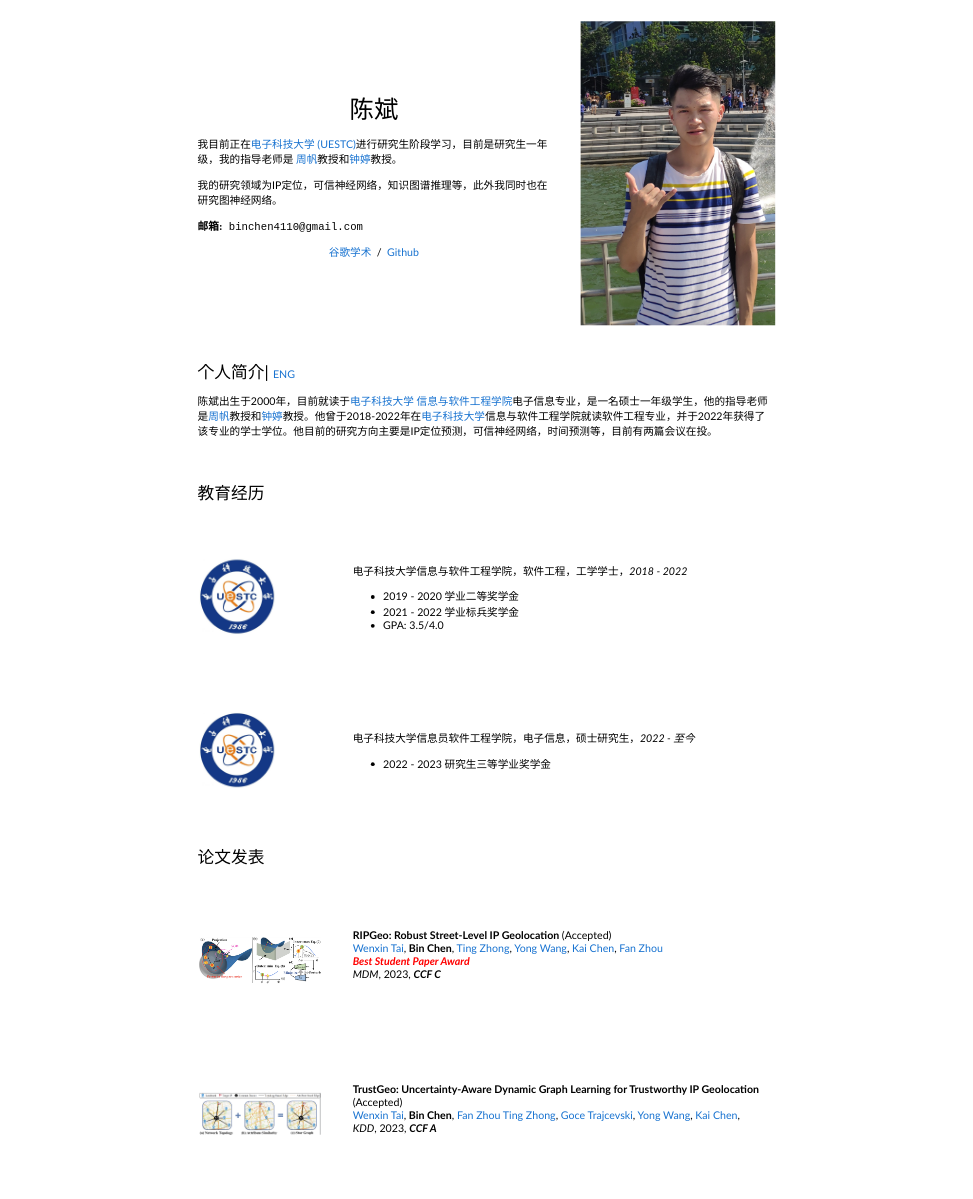
Repository: b1nchen/b1nchen.github.io
Page: index_CHN.html
An editor plug-in stored every save of this project. The page is shown before and after the next save, followed by the edit.
The browser window is 1280 px wide. The pictures show the part of the page from y = 0 to 1578 px (the page is 1950 px tall), at 76% of full size.
A picture or video elsewhere on the page could not be fetched, so the positions and the page height are approximate.

Above is the page before, as saved 2023-07-06 11:03:30.

After the next save:
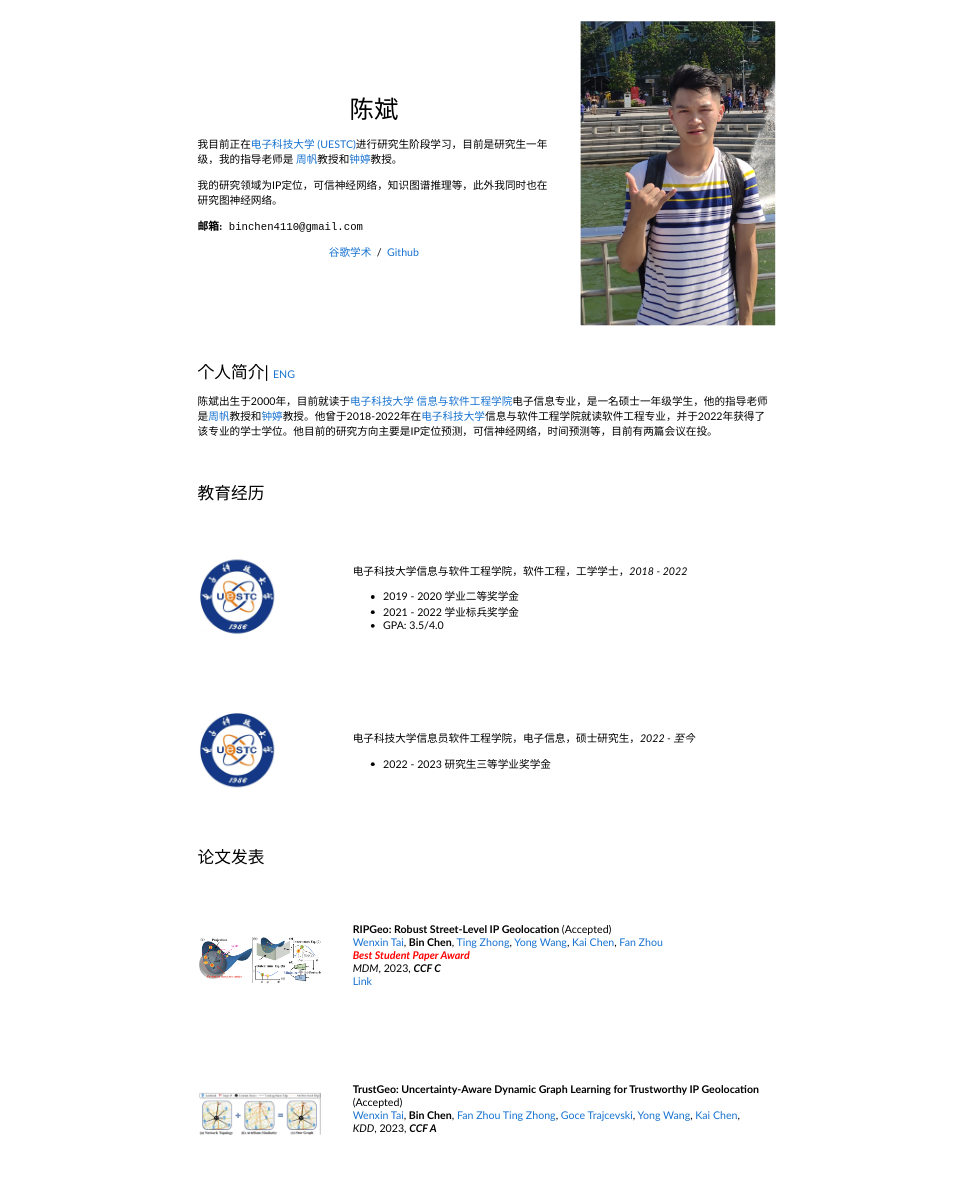
Saved 2 min 39 s later.
--- a/index_CHN.html
+++ b/index_CHN.html
@@ -205,6 +205,7 @@
                     <br>
                     <em>MDM</em>, 2023, <em><strong>CCF C</strong></em>
                     <br>
+                    <a href="https://ojs.aaai.org/index.php/AAAI/article/view/21687">Link</a>
                     <!-- <a href="https://ieeexplore.ieee.org/document/9747900">链接</a>,
                     <a href="https://youtu.be/uT1pEfHbo14">视频</a>,
                     <a href="papers/ICASSP_5513_poster.pdf">海报</a>,

After the save that followed:
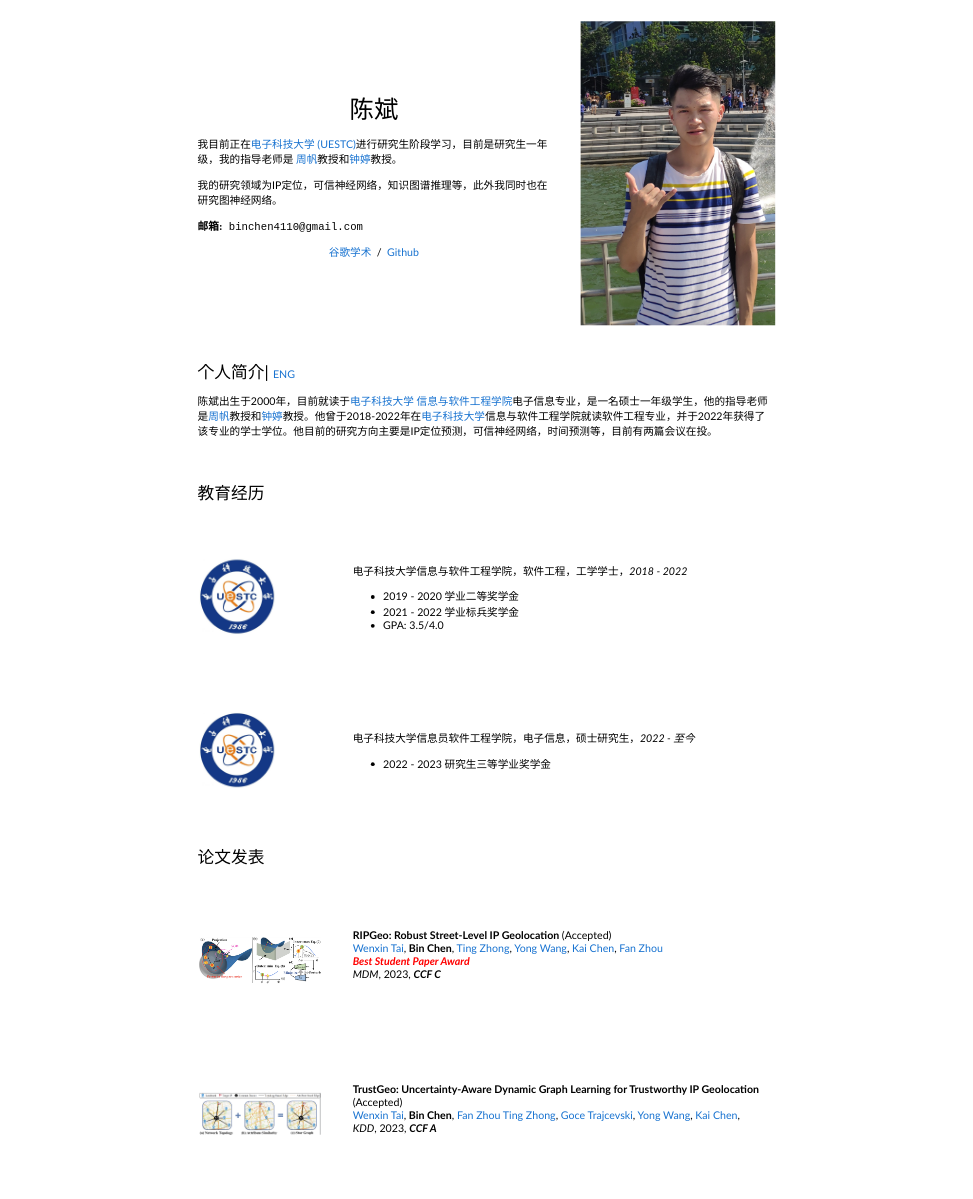
Saved 9 s later.
--- a/index_CHN.html
+++ b/index_CHN.html
@@ -205,7 +205,7 @@
                     <br>
                     <em>MDM</em>, 2023, <em><strong>CCF C</strong></em>
                     <br>
-                    <a href="https://ojs.aaai.org/index.php/AAAI/article/view/21687">Link</a>
+                    <a href="https://ojs.aaai.org/index.php/AAAI/article/view/21687"></a>
                     <!-- <a href="https://ieeexplore.ieee.org/document/9747900">链接</a>,
                     <a href="https://youtu.be/uT1pEfHbo14">视频</a>,
                     <a href="papers/ICASSP_5513_poster.pdf">海报</a>,
